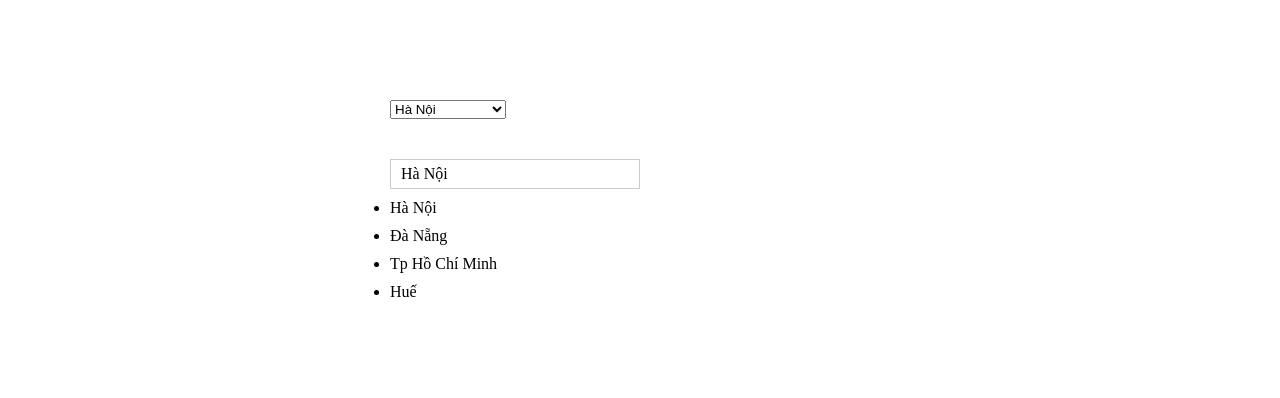
Repository: khanhbinh87/learnJs
Page: customSelect/index.html
The author's editor kept a copy of each file at every save. The page is drawn from the files as they stood at one save, then again after a run of saves.
The browser window is 1280 px wide. The pictures show the whole page.

Above is the page before, as saved 2021-06-16 14:11:03.

After the next 4 saves:
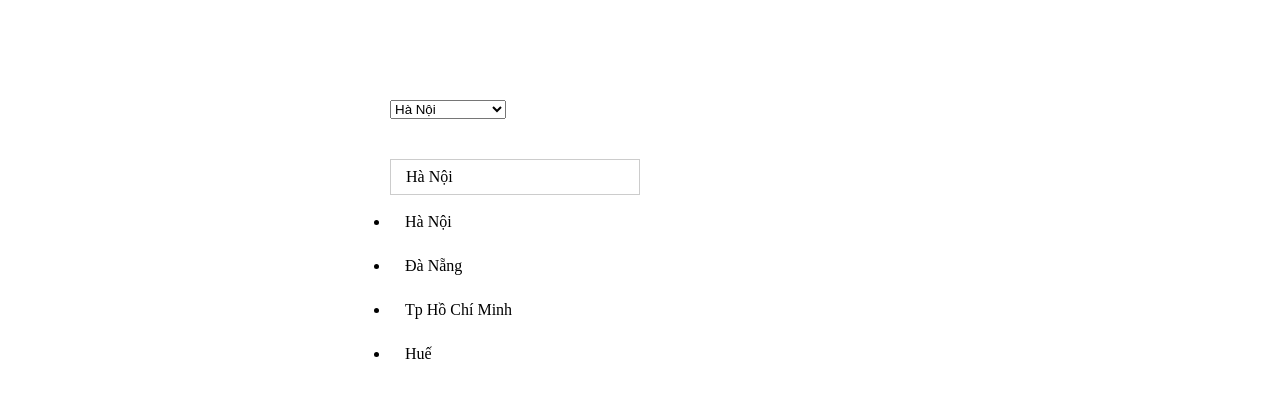
The 4 saves are shown as one change because they came seconds apart.
The last was saved 22 s later.
--- a/customSelect/style.css
+++ b/customSelect/style.css
@@ -25,6 +25,8 @@ ul li + li{
 }
 .wrapper-selected > .selected{
     border:1px solid #ccc;
-    padding: 5px 10px;
+    padding: 8px 15px;
 }
-.wrapper-selected > .
+.wrapper-selected > .list-options > li{
+    padding: 8px 15px;
+}
